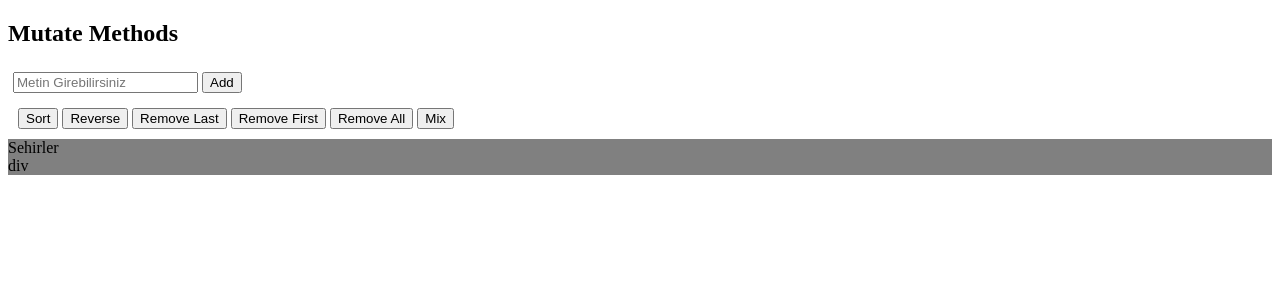
Repository: GorkemTurhan89/jsTutorial
Page: day13/51-b-practice.html
An editor plug-in stored every save of this project. The page is shown before and after the next save, followed by the edit.
The browser window is 1280 px wide. The pictures show the whole page.

Above is the page before, as saved 2024-06-20 22:31:10.

### day13/51-b-practice.html
<!DOCTYPE html>
<html lang="en">
<head>
    <meta charset="UTF-8">
    <meta name="viewport" content="width=device-width, initial-scale=1.0">
    <title>Mutate Practice Array</title>
    <style>
        .searchAndClick{
            padding: 5px;
            text-align: left;
        }
        .fonsiyonlar{
            padding: 5px;
            margin: 5px;
        }
        .citiesToShown{
            display: block;
            background-color: grey;
        }
    </style>
</head>
<body>
    <h2>Mutate Methods</h2>

    <div class="searchAndClick">
        <input type="text" class="searchBox" id="searchBx" placeholder="Metin Girebilirsiniz">
        <button class="addBtn" id="addBtn">Add</button>
    </div>

    <div class="fonsiyonlar">
        <button id="Sort">Sort</button>
        <button id="Reverse">Reverse</button>
        <button id="RemoveLast">Remove Last</button>
        <button id="RemoveFirst">Remove First</button>
        <button id="RemoveAll">Remove All</button>
        <button id="Mix">Mix</button>
    </div>

    <div class="citiesToShown" id="citiesToShown">
        <div> Sehirler </div>
        div
    </div>


    <script>
        originArray = ["Ankara", "Istanbul", "İzmir"]
    </script>
</body>
</html>

After the next save:
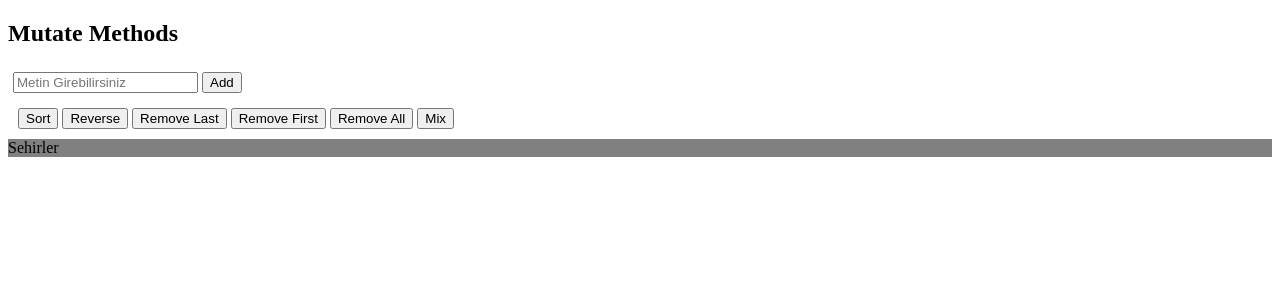
Saved 16 s later.
--- a/day13/51-b-practice.html
+++ b/day13/51-b-practice.html
@@ -38,7 +38,7 @@
 
     <div class="citiesToShown" id="citiesToShown">
         <div> Sehirler </div>
-        div
+
     </div>
 
 
